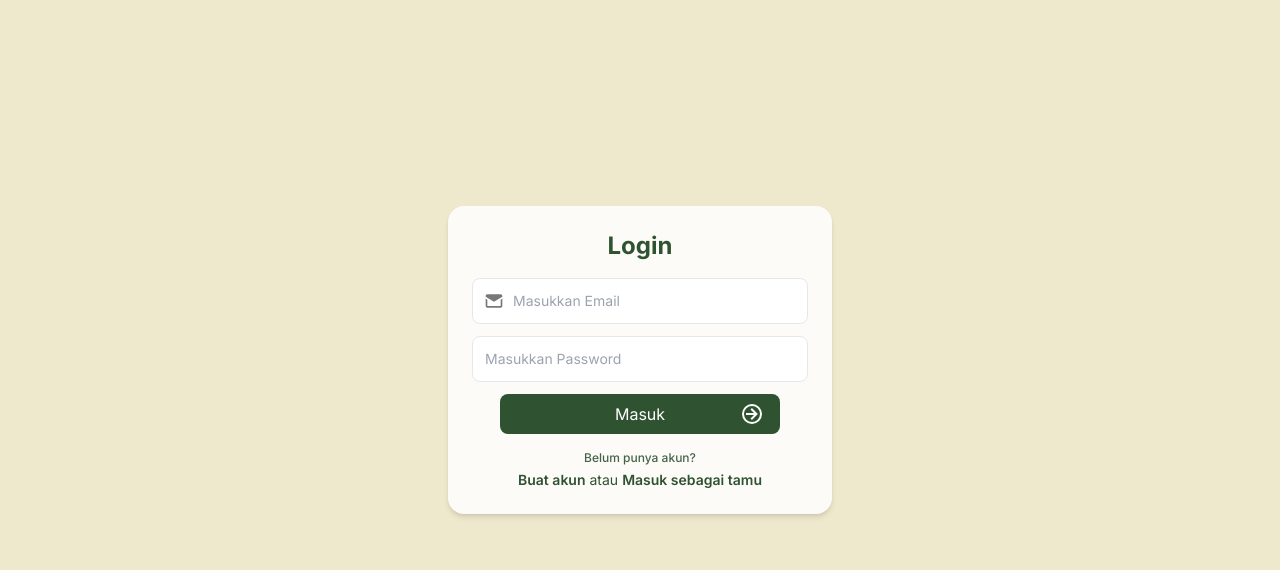
Repository: PajarAland/DiagramCoffee
Page: /login
The author's editor kept a copy of each file at every save. The page is drawn from the files as they stood at one save, then again after the next save.
The browser window is 1280 px wide. The pictures show the whole page.
The page's requests for data from a server got no answer. The project was rebuilt for these pictures with package versions that can differ from the ones it lists, and the page was loaded fresh each time. Some packages were replaced by stand-ins written for this rebuild. No one was signed in, and anything a server would have sent is missing. Also part of the build but not shown: vite.config.js, src/components/ui/NavBar.jsx, src/pages/Landing.jsx, src/pages/Register.jsx, src/pages/Home.jsx, src/auth/ProtectedRoute.jsx.

Above is the page before, as saved 2026-04-27 00:28:55.

### index.html
<!doctype html>
<html lang="en">
  <head>
    <meta charset="UTF-8" />
    <link rel="icon" type="image/svg+xml" href="/favicon.svg" />
    <link rel="preconnect" href="https://fonts.googleapis.com">
    <link rel="preconnect" href="https://fonts.gstatic.com" crossorigin>
    <link href="https://fonts.googleapis.com/css2?family=Inter:wght@400;500;600;700&display=swap" rel="stylesheet">
    <meta name="viewport" content="width=device-width, initial-scale=1.0" />
    <title>diagramcoffee</title>
  </head>
  <body>
    <div id="root"></div>
    <script type="module" src="/src/main.jsx"></script>
  </body>
</html>

### src/index.css
@tailwind base;
@tailwind components;
@tailwind utilities;

body {
  @apply font-sans;
}

### src/App.jsx
import { BrowserRouter, Routes, Route } from "react-router-dom";
import Landing from "./pages/Landing";
import Login from "./pages/Login";
import Register from "./pages/Register";
import Home from "./pages/Home";
import ProtectedRoute from "./auth/ProtectedRoute";
import { AuthProvider } from "./context/AuthProvider";

function App() {
  return (
    <AuthProvider>
      <BrowserRouter>
        <Routes>
          <Route path="/" element={<Landing />} />
          <Route path="/login" element={<Login />} />
          <Route path="/register" element={<Register />} />

          <Route
            path="/home"
            element={
              <ProtectedRoute>
                <Home />
              </ProtectedRoute>
            }
          />
        </Routes>
      </BrowserRouter>
    </AuthProvider>
  );
}

export default App;

### src/pages/Login.jsx
import { useState } from "react";
import { useNavigate, Link } from "react-router-dom";
import API from "../services/api";
import Swal from "sweetalert2";
import { useAuth } from "../context/useAuth";
import Navbar from "../components/ui/NavBar.jsx";
import arrowIconWhite from "../assets/mdi--arrow-right-thin-circle-outline-white.svg";
import emailVariantGrey from "../assets/mdi--email-variant-grey.svg";

function Login() {
    const navigate = useNavigate();
    const { login } = useAuth();
    const [email, setEmail] = useState("");
    const [password, setPassword] = useState("");

    const handleLogin = async (e) => {
        e.preventDefault();

        try {
            await API.get("/sanctum/csrf-cookie");

            const response = await API.post("/api/login", {
                email,
                password,
            });

            if (response.data.success) {
                login(response.data.data); //

                // setTimeout(() => {
                //     refreshUser();
                // }, 100);

                navigate("/home");
            }

        } catch (error) {
            console.error(error);

            if (error.response?.data?.errors) {
                Swal.fire({
                    icon: "error",
                    title: "Validasi Gagal",
                    html: Object.values(error.response.data.errors).join("<br>"),
                });
            } else {
                Swal.fire({
                    icon: "error",
                    title: "Error",
                    text: error.response?.data?.message,
                });
            }
        }
    };

    return (
        <div className="min-h-screen bg-[#EEE8CC] flex items-center justify-center">
            <div className="bg-[#FDFBF8] w-full max-w-sm rounded-2xl p-6 shadow-md text-center">

                <h2 className="text-[#2F5231] font-bold text-2xl mb-4">
                    Login
                </h2>

                <form onSubmit={handleLogin} className="space-y-3">

                    <div className="relative">
                        <img
                            src={emailVariantGrey}
                            alt="icon email"
                            className="w-5 h-5 absolute left-3 top-1/2 -translate-y-1/2 opacity-60"
                        />

                        <input
                            type="email"
                            placeholder="Masukkan Email"
                            value={email}
                            onChange={(e) => setEmail(e.target.value)}
                            className="w-full border rounded-lg pl-10 pr-3 py-3 text-sm outline-none"
                        />
                    </div>

                    <input
                        type="password"
                        placeholder="Masukkan Password"
                        value={password}
                        onChange={(e) => setPassword(e.target.value)}
                        className="w-full border rounded-lg px-3 py-3 text-sm outline-none"
                    />

                    {/* <button
                        type="submit"
                        className="w-10/12 bg-[#2F5231] text-white py-2 rounded-lg mt-2"
                    >
                        Masuk
                    </button> */}

                    <button
                        type="submit"
                        className="w-10/12 mx-auto bg-[#2F5231] text-white py-2 rounded-lg relative flex items-center justify-center mt-2"
                        >
                        <span className="text-center">Masuk</span>

                        <img
                            src={arrowIconWhite}
                            alt="arrow"
                            className="w-6 h-6 absolute right-4"
                        />
                    </button>
                </form>

                <p className="text-xs text-[#446346] font-medium mt-4">
                    Belum punya akun?
                </p>

                <div className="text-sm text-[#2F5231] mt-1 flex items-center justify-center gap-1">
                    <Link to="/register" className="font-semibold hover:underline">
                        Buat akun
                    </Link>
                    <span>atau</span>
                    <Link to="/homeGuest" className="font-semibold hover:underline">
                        Masuk sebagai tamu
                    </Link>
                </div>
            </div>
        </div>
    );
}

export default Login;

### src/context/AuthProvider.jsx
import { useEffect, useState } from "react";
import API from "../services/api";
import AuthContext from "./AuthContext";

export function AuthProvider({ children }) {
    const [user, setUser] = useState(null);
    const [initialized, setInitialized] = useState(false);

    useEffect(() => {
        const initAuth = async () => {
            try {
                await API.get("/sanctum/csrf-cookie");
                const res = await API.get("/api/user");
                setUser(res.data.data ?? null);
            } catch (error) {
                if (error.response?.status !== 401) {
                    console.error("Auth check failed:", error);
                }
                setUser(null);
            } finally {
                setInitialized(true);
            }
        };

        initAuth();
    }, []);

    const refreshUser = async () => {
        try {
            const res = await API.get("/api/user");
            setUser(res.data.data ?? null);
        } catch (error) {
            if (error.response?.status !== 401) {
                console.error("Refresh user failed:", error);
            }
            setUser(null);
        }
    };

    const login = (userData) => {
        setUser(userData);
    };

    const logout = async () => {
        try {
            await API.post("/api/logout");
        } finally {
            setUser(null);
        }
    };

    return (
        <AuthContext.Provider
            value={{
                user,
                setUser,
                login,
                logout,
                initialized,
                refreshUser,
            }}
        >
            {children}
        </AuthContext.Provider>
    );
}

### src/services/api.js
import axios from "axios";

const API = axios.create({
  baseURL: "http://localhost:8000",
  withCredentials: true,
  headers: {
    Accept: "application/json",
    "Content-Type": "application/json",
  },
});

// Let Axios handle CSRF automatically
API.defaults.xsrfCookieName = "XSRF-TOKEN";
API.defaults.xsrfHeaderName = "X-XSRF-TOKEN";

API.interceptors.response.use(
    (response) => response,
    (error) => {
        const status = error.response?.status;

        // expected auth state → ignore silently
        if (status === 401) {
            return Promise.reject(error);
        }

        console.error(error);
        return Promise.reject(error);
    }
);

export default API;

### src/context/useAuth.jsx
import { useContext } from "react";
import AuthContext from "./AuthContext";

export const useAuth = () => useContext(AuthContext);

### src/context/AuthContext.jsx
import { createContext } from "react";

const AuthContext = createContext();
export default AuthContext;

### tailwind.config.js
/** @type {import('tailwindcss').Config} */
export default {
  content: [
    "./index.html",
    "./src/**/*.{js,jsx,ts,tsx}",
  ],
  theme: {
    fontFamily: {
      sans: ["Inter", "ui-sans-serif", "system-ui"],
    },
    extend: {},
  },
  plugins: [],
}

Loaded but not shown: src/main.jsx (common file)

After the next save:
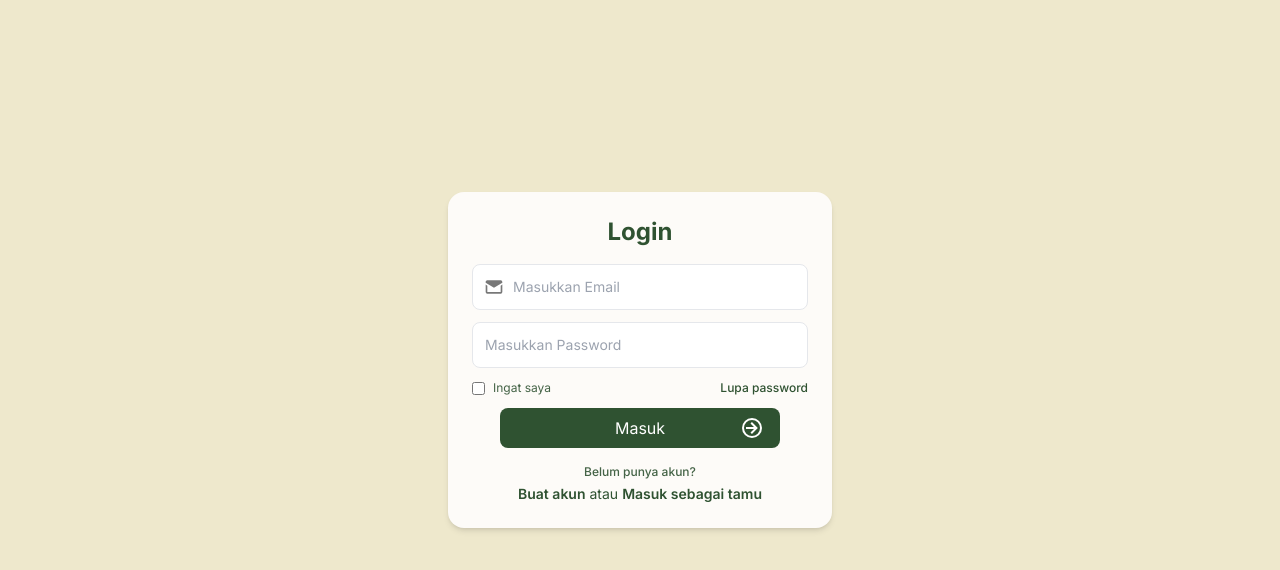
Saved 3 min 24 s later.
--- a/src/pages/Login.jsx
+++ b/src/pages/Login.jsx
@@ -12,6 +12,7 @@ function Login() {
     const { login } = useAuth();
     const [email, setEmail] = useState("");
     const [password, setPassword] = useState("");
+    const [remember, setRemember] = useState(false);
 
     const handleLogin = async (e) => {
         e.preventDefault();
@@ -94,6 +95,25 @@ function Login() {
                         Masuk
                     </button> */}
 
+                    <div className="flex items-center justify-between text-xs mt-1">
+                        <label className="flex items-center gap-2 text-[#446346]">
+                            <input
+                                type="checkbox"
+                                checked={remember}
+                                onChange={(e) => setRemember(e.target.checked)}
+                                className="accent-[#2F5231]"
+                            />
+                            Ingat saya
+                        </label>
+
+                        <Link
+                            to="/forgot-password"
+                            className="text-[#2F5231] hover:underline font-medium"
+                        >
+                            Lupa password
+                        </Link>
+                    </div>
+
                     <button
                         type="submit"
                         className="w-10/12 mx-auto bg-[#2F5231] text-white py-2 rounded-lg relative flex items-center justify-center mt-2"
